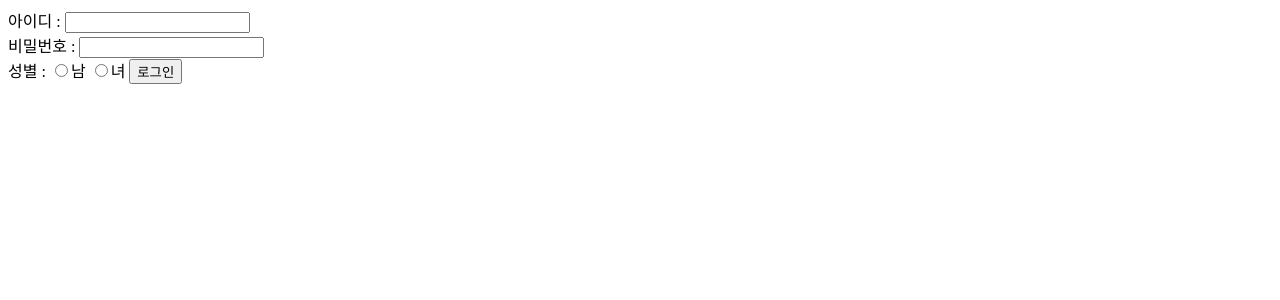
Repository: heejeehee/study
Page: http://localhost/proj6/login.jsp
The author's editor kept a copy of each file at every save. The page is drawn from the files as they stood at one save, then again after the next save.
The browser window is 1280 px wide. The pictures show the whole page.
The page is served by Tomcat 9. Other server files are loaded and not shown.

Above is the page before, as saved 2024-03-08 06:30:10.

### workspace_servlet/proj6/src/main/webapp/login.jsp
<%@ page language="java" contentType="text/html; charset=utf-8"
    pageEncoding="utf-8"%>
<!DOCTYPE html>
<html>
<head>
<meta charset="utf-8">
<title>Insert title here</title>
</head>
<body>
	<form method="post" action="login">
		아이디 : <input type="text" name="user_id"><br>
		비밀번호 : <input type="password" name="user_pw"><br>
		성별 : <input type="radio" name="gender" value="M">남
			  <input type="radio" name="gender" value="W">녀
		<button type="submit">로그인</button>
	</form>
</body>
</html>

After the next save:
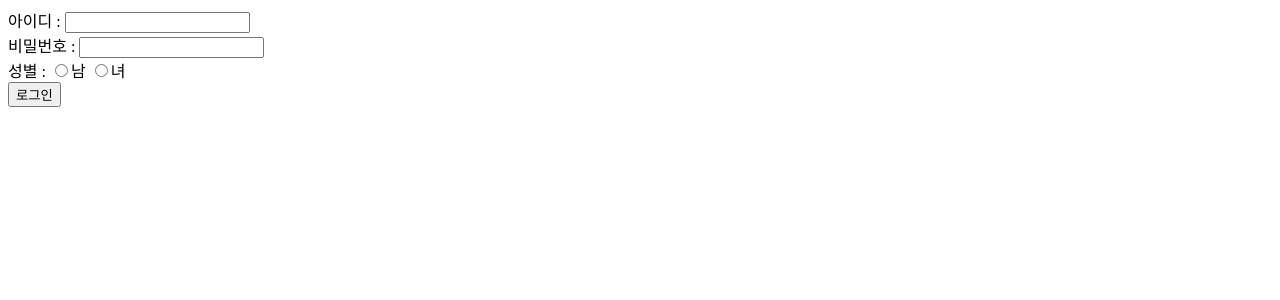
Saved 10 s later.
--- a/workspace_servlet/proj6/src/main/webapp/login.jsp
+++ b/workspace_servlet/proj6/src/main/webapp/login.jsp
@@ -12,7 +12,7 @@
 		비밀번호 : <input type="password" name="user_pw"><br>
 		성별 : <input type="radio" name="gender" value="M">남
 			  <input type="radio" name="gender" value="W">녀
-		<button type="submit">로그인</button>
+		<br><button type="submit">로그인</button>
 	</form>
 </body>
 </html>
